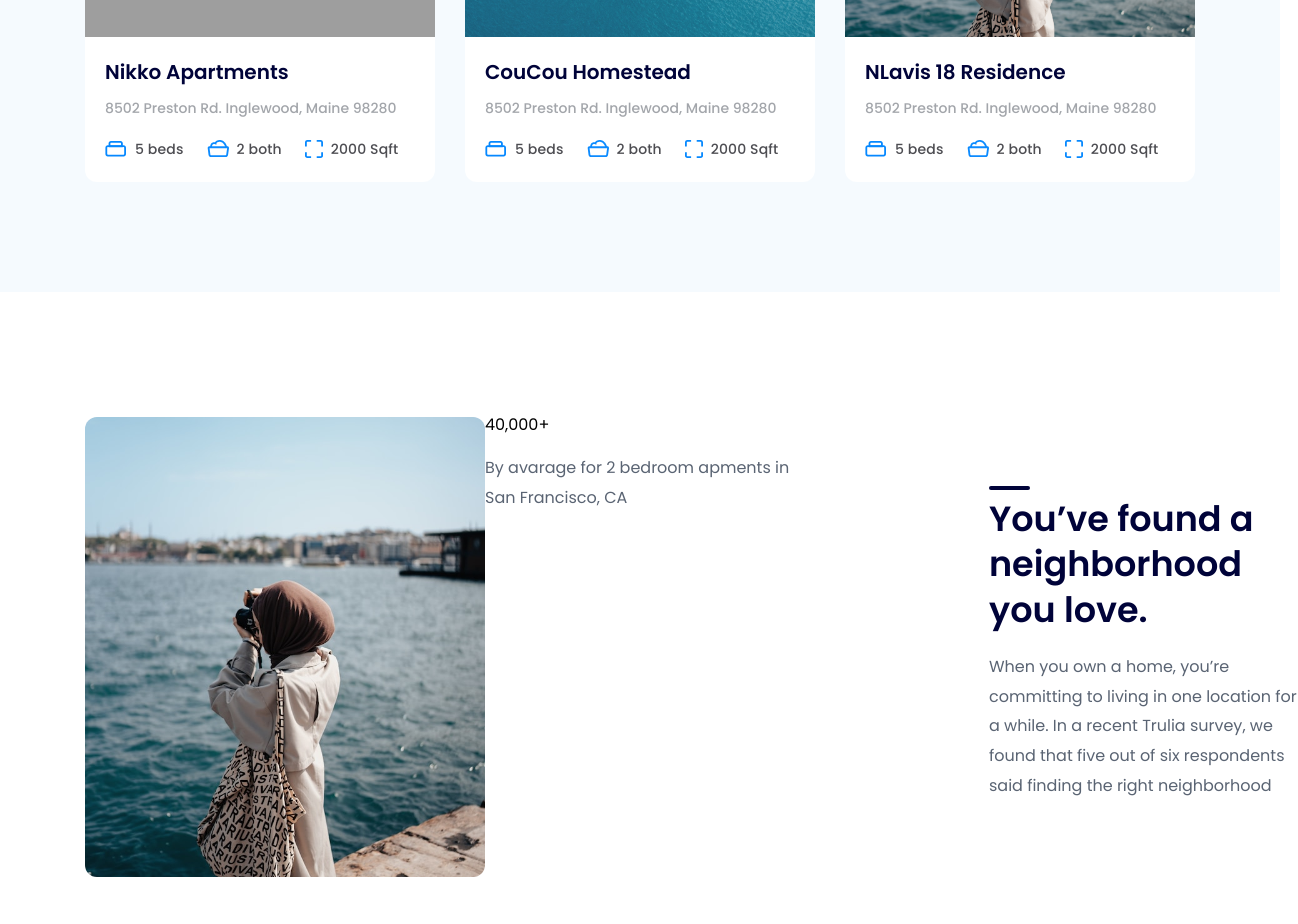
Repository: Kazuto-2004/f8-htmlcss-01
Page: index.html
These files come from the project's save history. The page is drawn as it stood at one moment and after the next save; the edit follows.
The browser window is 1280 px wide. The page is 1298 px wide, so the pictures cover 1298 px, including what lies to the right of the window. The pictures show the part of the page from y = 2146 to 3070 px (the page is 3073 px tall).
Pictures or frames that could not be fetched are drawn as grey boxes.

Above is the page before, as saved 2023-07-15 09:34:43.

After the next save:
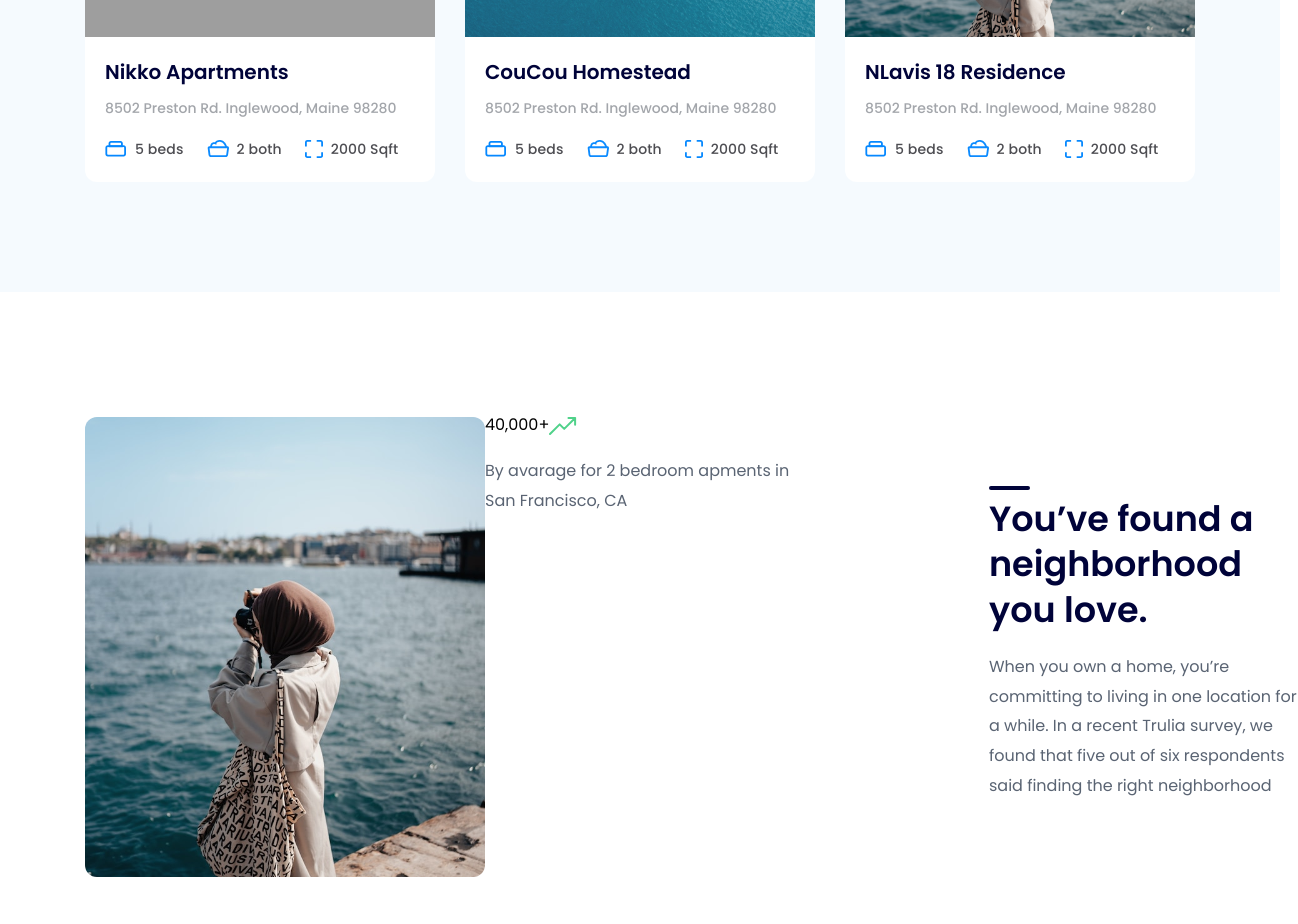
Saved 15 s later.
--- a/index.html
+++ b/index.html
@@ -307,7 +307,7 @@
                         <div class="stats-trend">
                             <div class="row">
                                 <strong class="value">40,000+</strong>
-                                <img src="" alt="" class="icon">
+                                <img src="./assets/img/arrow-trend-up.svg" alt="" class="icon">
                             </div>
                             <p class="desc">By avarage for 2 bedroom apments in San Francisco, CA</p>
                             <div class="separate"></div>
